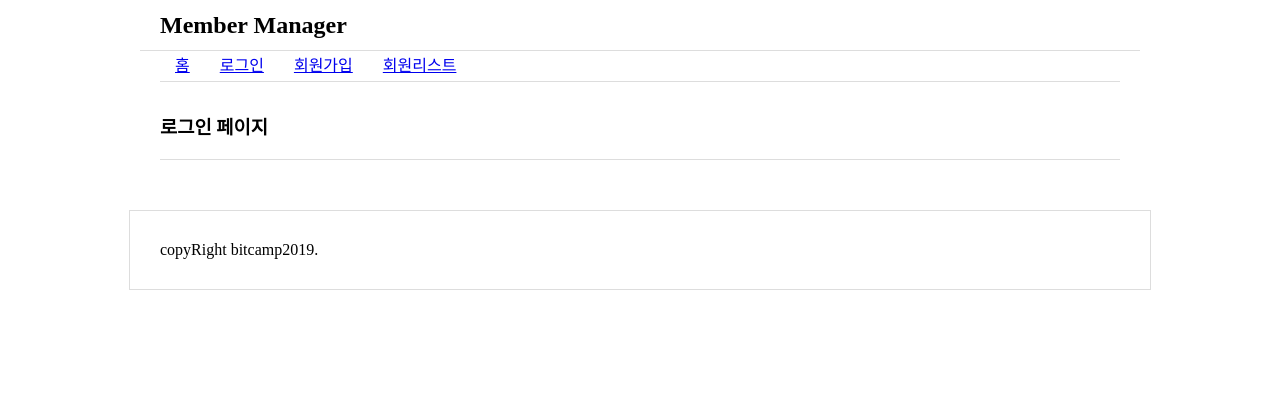
Repository: hhw9797/bitcampjn201904
Page: http://localhost/MemberManager/member/login.jsp
The author's editor kept a copy of each file at every save. The page is drawn from the files as they stood at one save, then again after the next save.
The browser window is 1280 px wide. The pictures show the whole page.
The page is served by Tomcat 9. Other server files are loaded and not shown.

Above is the page before, as saved 2019-06-20 08:16:23.

### html/html5/jsp/MemberManager/WebContent/member/login.jsp
<%@ page language="java" contentType="text/html; charset=UTF-8"
	pageEncoding="UTF-8"%>
<!DOCTYPE html>
<html>
<head>
<meta charset="UTF-8">
<title>Insert title here</title>
<script src="https://code.jquery.com/jquery-1.12.4.js"></script>
<link href="/mm/css/default.css" rel="stylesheet" type="text/css">
<style>

</style>
</head>
<body>

<!-- 헤더 시작 -->
<%@ include file="../frame/header.jsp" %>
<!-- 헤더 끝 -->


<!-- 네비게이션 시작 -->
<%@ include file="../frame/nav.jsp" %>
<!-- 네비게이션 끝 -->


<!-- 컨텐츠 시작 -->
	<div id="contents">
		<h3>로그인 페이지</h3>
		<hr>
	</div>
<!-- 컨텐츠 끝 -->


<!-- 푸터 시작 -->
<%@ include file="../frame/footer.jsp" %>
<!-- 푸터 끝 -->

</body>
</html>

### html/html5/jsp/MemberManager/WebContent/frame/header.jsp
<%@ page language="java" contentType="text/html; charset=UTF-8"
    pageEncoding="UTF-8"%>
<div id="header">
	<h2>Member Manager</h2>
</div>

### html/html5/jsp/MemberManager/WebContent/frame/nav.jsp
<%@ page language="java" contentType="text/html; charset=UTF-8"
    pageEncoding="UTF-8"%>
<div id="nav">
	<ul>
		<li><a href="#">홈</a></li>
		<li><a href="<%= request.getContextPath() %>/member/login.jsp">로그인</a></li>
		<li><a href="#">회원가입</a></li>
		<li><a href="#">회원리스트</a></li>
	</ul>
</div>

### html/html5/jsp/MemberManager/WebContent/frame/footer.jsp
<%@ page language="java" contentType="text/html; charset=UTF-8"
    pageEncoding="UTF-8"%>
<div id="footer">
	copyRight bitcamp2019.
</div>

### html/html5/jsp/MemberManager/WebContent/css/default.css
@charset "UTF-8";
	* {
		margin : 0;
		padding : 0;
	}
	div {
		width : 960px;
		margin : 0 auto;
	}

	#header {
		height: 50px;
		padding : 0 20px;
		border-bottom : 1px solid #DDD;
	}
	#header>h2 {
		line-height: 50px;
	}

	#nav {
		height : 30px;
		border-bottom: 1px solid #DDD;
	}

	#nav>ul {
		overflow : hidden; /* 또는 contents 에서 clear both */
	}
	#nav>ul>li {
		list-style : none;
		float: left;
		padding: 0 15px;

		line-height: 30px;
	}

	#contents {
		padding : 30px;

	}

	hr {
		border: 0;
		border-bottom: 1px solid #DDD;
		margin: 20px 0;
	}

	#footer {
		border: 1px solid #DDD;
		padding: 30px;
	}

After the next save:
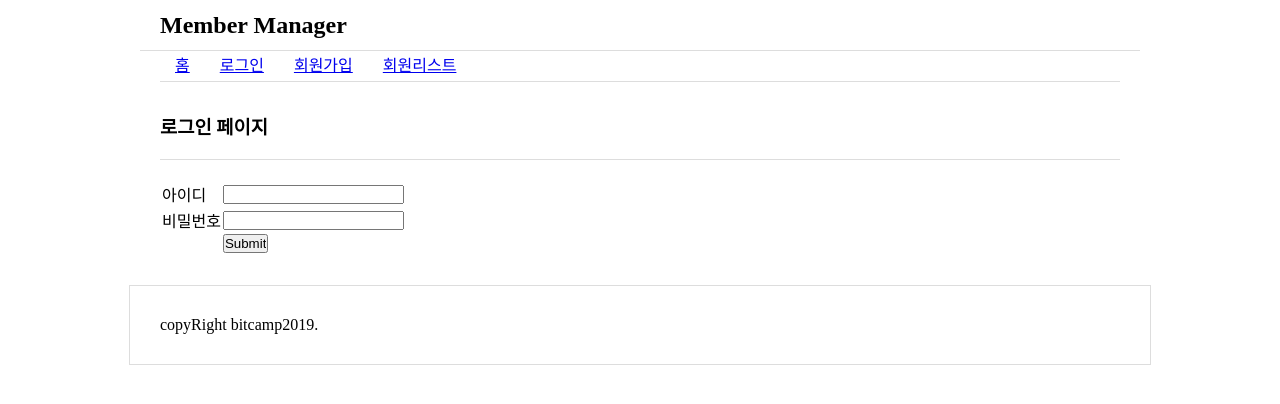
Saved 2 min 45 s later.
--- a/html/html5/jsp/MemberManager/WebContent/member/login.jsp
+++ b/html/html5/jsp/MemberManager/WebContent/member/login.jsp
@@ -27,6 +27,20 @@
 	<div id="contents">
 		<h3>로그인 페이지</h3>
 		<hr>
+		<table>
+			<tr>
+				<td>아이디</td>
+				<td><input type="text" name="uId"></td>
+			</tr>
+			<tr>
+				<td>비밀번호</td>
+				<td><input type="password" name="uPw"></td>
+			</tr>
+			<tr>
+				<td></td>
+				<td><input type="submit" name="login"></td>
+			</tr>
+		</table>
 	</div>
 <!-- 컨텐츠 끝 -->
 
